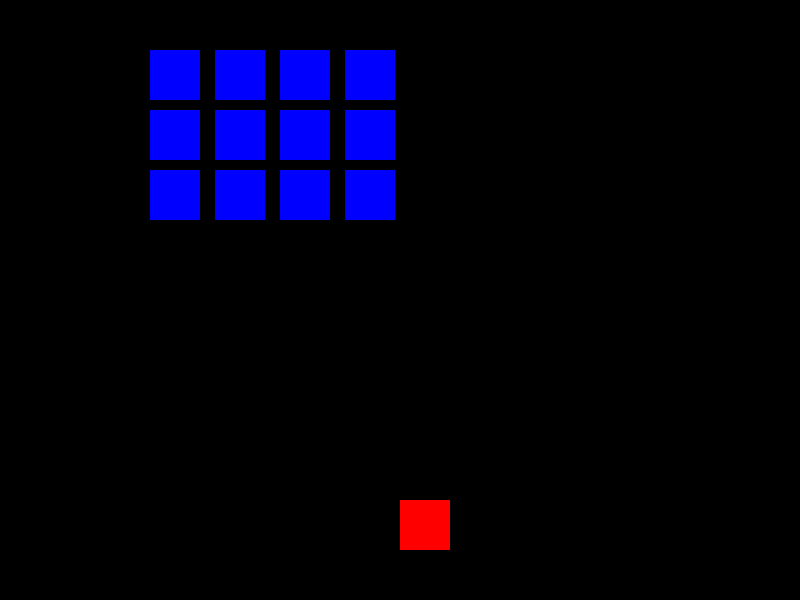
Repository: Igor-Boson/Space-Invaders-Python
Script's output: python main.py
An editor plug-in stored every save of this project. The script's output is shown before and after a run of saves, followed by the edit.
The window is shown after at most 60 frames with no key pressed. A system font it names is replaced by a similar one. Random numbers start from a fixed seed.

Above is the script's output before, as saved 2021-10-23 09:19:16.

### main.py
import sys
import pygame
from game import Game
from screen import Screen
from entity import Player
from handler import Handler

def play_game(handler):
    #initializing
    game.create_alien_matrix()
    game_over = False
    key = 0

    #running
    while not game_over:

        if handler.player.x <= 0:
            key = 0
        if handler.player.x >= (handler.screen.width - handler.player.size):
            key = 0

        #AJEITAR O PLAYER MOVEMENT PRA FICAR MAIS FLUIDO
        for event in pygame.event.get():
            if event.type == pygame.QUIT:
                sys.exit()

            if event.type == pygame.KEYDOWN:
                if event.key == pygame.K_LEFT and player.x > 0:
                    key -= 1
                if event.key == pygame.K_RIGHT and \
                   player.x < (handler.screen.width - handler.player.size):
                    key += 1
                if event.key == pygame.K_SPACE:
                    handler.game.fire()

            if event.type == pygame.KEYUP:
                if event.key == pygame.K_LEFT:
                    key = 0
                if event.key == pygame.K_RIGHT:
                    key  = 0


        game.update(key)
        screen.update_screen()

        # if game.collision_check(player):
        #     game_over = True
        #     break

if __name__ == '__main__':
    pygame.init()

    handler = Handler()

    game = Game(handler)
    screen = Screen(handler)
    player = Player(handler, screen.width/2, screen.height - 100)

    handler.game = game
    handler.screen = screen
    handler.player = player

    play_game(handler)

### game.py
from entity import Player, Shot, Alien

class Game:
    def __init__(self, handler, speed=10, score=0, max_shots=10, alien_matrix_height=3, alien_matrix_width=4):
        self.handler = handler
        self.speed = speed
        self.score = score
        self.max_shots = max_shots
        self.am_height = alien_matrix_height
        self.am_width = alien_matrix_width

        self.alien_list = []
        self.shot_list = []

    def create_alien_matrix(self):
        starting_x_value = 100
        starting_y_value = 50
        x_value_increase = 15 + Alien.ALIEN_SIZE
        y_value_increase = 10 + Alien.ALIEN_SIZE
        for w in range(self.am_width):
            for h in range(self.am_height):
                alien = Alien(self.handler, starting_x_value + x_value_increase*w, starting_y_value + y_value_increase*h)
                self.alien_list.append(alien)

    def update_player_position(self, key):
        self.handler.player.x += self.handler.player.speed*key

    def fire(self):
        if len(self.shot_list) < self.max_shots:
            shot = Shot(self.handler, self.handler.player.x + self.handler.player.size/4, self.handler.player.y)
            self.shot_list.append(shot)

    def update_shot(self):
        for shot in self.shot_list:
            for alien in self.alien_list:
                if shot.detect_collision(alien):
                    shot.health -= 1
                    alien.health -= 1

        new_shot_list = []
        for shot in self.shot_list:
            if shot.y > 0 and shot.health > 0:
                shot.y -= shot.speed
                new_shot_list.append(shot)
        self.shot_list = new_shot_list


    def update_alien(self):
        new_alien_list = []
        for alien in self.alien_list:
            if alien.health > 0:
                alien.move()
                new_alien_list.append(alien)
            else:
                self.score += alien.score_value
        self.alien_list = new_alien_list

    def update(self, key):
        self.update_player_position(key)
        self.update_shot()
        self.update_alien()

    #ainda não ajeitei a enemy_list
    def collision_check(self, player):
        for enemy in self.enemy_list:
            if enemy.detect_collision(player):
                return True
        return False

### entity.py
from color import Color
import pygame

class Entity:
    def __init__(self, handler, x, y, size, color, speed):
        self.handler = handler
        self.x = x
        self.y = y
        self.size = size
        self.color = color
        self.speed = speed
        self.health = 1

    def draw(self, screen):
        pygame.draw.rect(screen, self.color, (self.x, self.y, self.size, self.size))

    def detect_collision(self, other):
        return pygame.Rect(self.x, self.y, self.size, self.size).colliderect(pygame.Rect(other.x, other.y, other.size, other.size))

    # def detect_collision(self, other):
    #     if (other.x >= self.x and other.x < (self.x + self.size)) or (self.x >= other.x and self.x < (other.x + other.size)):
    #         if (other.y >= self.y and other.y < (self.y + self.size)) or (self.y >= other.y and self.y < (other.y + self.size)):
    #             return True
    #     return False

class Player(Entity):
    def __init__(self, handler, x, y):
        super().__init__(handler, x, y, size=50, color=Color.RED, speed=10)

class Shot(Entity):
    def __init__(self, handler, x, y):
        super().__init__(handler, x, y, size=25, color=Color.YELLOW, speed=10)

class Alien(Entity):
    ALIEN_SIZE = 50
    def __init__(self, handler, x, y):
        super().__init__(handler, x, y, size=50, color=Color.BLUE, speed=10)
        self.movement_counter = 0
        self.score_value = 10

    def move(self):
        self.movement_counter += 1
        if self.movement_counter == self.handler.screen.clock_tick:
            self.x += self.size
            self.movement_counter = 0

### color.py
class Color:
    RED = (255,0,0)
    BLUE = (0,0,255)
    YELLOW = (255,255,0)
    BLACK = (0,0,0)

### screen.py
from color import Color
import pygame

class Screen:
    def __init__(self, handler, width=800, height=600, background_color=Color.BLACK, font_type="monospace", font_size=35, clock_tick=60):
        self.handler = handler
        self.width = width
        self.height = height
        self.background_color = background_color
        self.screen = pygame.display.set_mode((width, height))
        self.font = pygame.font.SysFont(font_type, font_size)
        self.clock = pygame.time.Clock()
        self.clock_tick = clock_tick

    def refresh_background(self):
        self.screen.fill(self.background_color)

    def draw_player(self):
        self.handler.player.draw(self.screen)

    def draw_shots(self):
        for shot in self.handler.game.shot_list:
            shot.draw(self.screen)

    def draw_aliens(self):
        for alien in self.handler.game.alien_list:
            alien.draw(self.screen)

    def update_screen(self):
        self.refresh_background()
        self.draw_player()
        self.draw_aliens()
        self.draw_shots()
        #self.draw_score_label(score)

        self.clock.tick(self.clock_tick)
        pygame.display.update()

### handler.py
class Handler:
    def __init__(self):
        self.game = None
        self.screen = None
        self.player = None

After the next 2 saves:
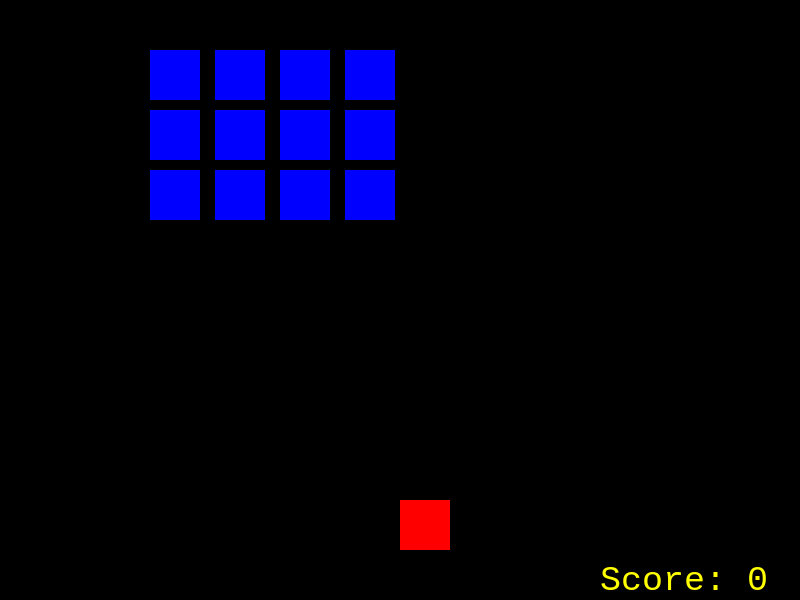
The 2 saves are shown as one change because 1 did not build or start.
The last was saved 76 s later.
--- a/screen.py
+++ b/screen.py
@@ -26,12 +26,17 @@ class Screen:
         for alien in self.handler.game.alien_list:
             alien.draw(self.screen)
 
+    def draw_score_label(self, color=Color.YELLOW):
+        text = f"Score: {self.handler.game.score}"
+        label = self.font.render(text, 1, color)
+        self.screen.blit(label, (self.width-200, self.height-40))
+
     def update_screen(self):
         self.refresh_background()
         self.draw_player()
         self.draw_aliens()
         self.draw_shots()
-        #self.draw_score_label(score)
+        self.draw_score_label()
 
         self.clock.tick(self.clock_tick)
         pygame.display.update()
